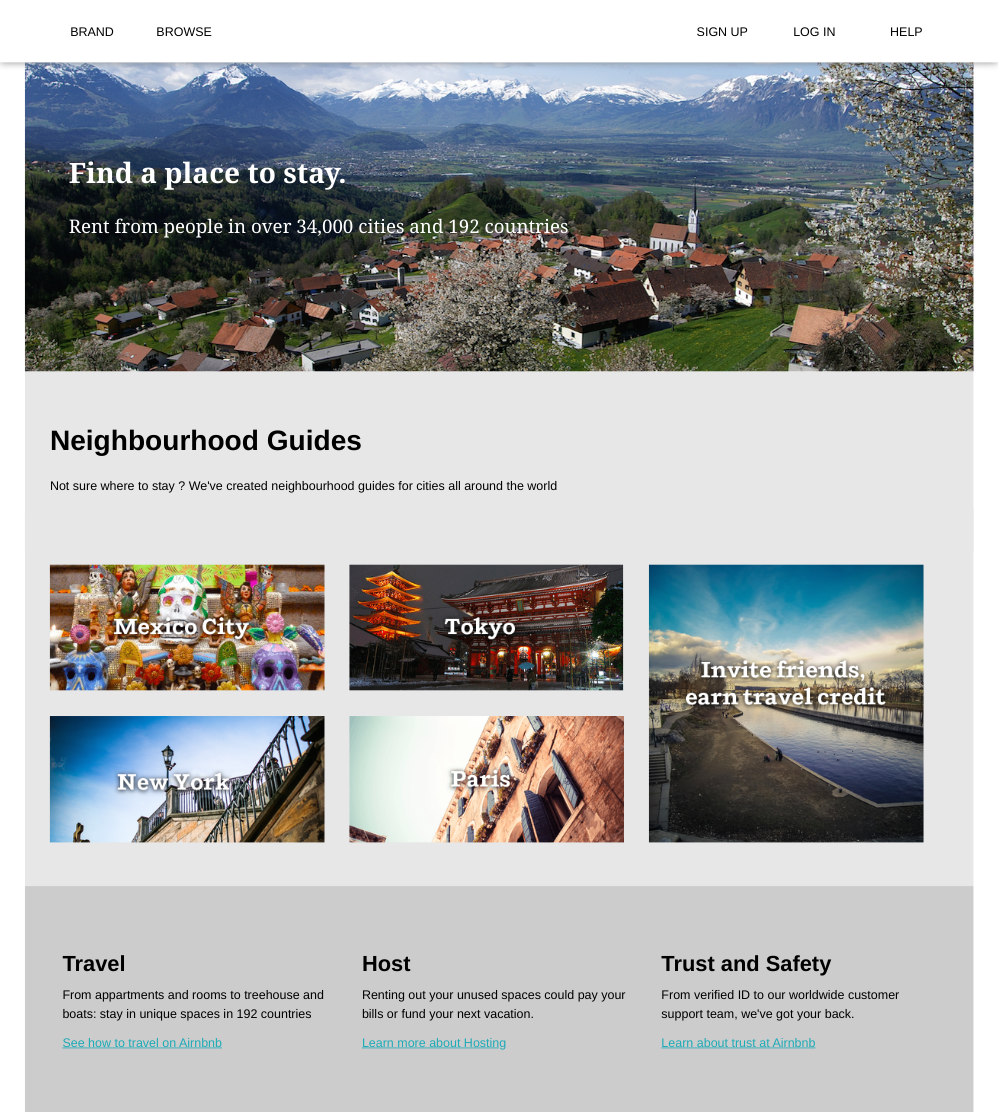
Repository: Naohonproject/web101x02-asm3
Page: Project3.html
An editor plug-in stored every save of this project. The page is shown before and after a run of saves, followed by the edit.
The browser window is 1280 px wide. The pictures show the whole page, at 78% of full size.

Above is the page before, as saved 2022-01-22 21:23:54.

### Project3.html
<!-- @format -->

<!DOCTYPE html>
<html lang="en">
	<head>
		<meta charset="UTF-8" />
		<meta http-equiv="X-UA-Compatible" content="IE=edge" />
		<meta name="viewport" content="width=device-width, initial-scale=1.0" />
		<link rel="stylesheet" href="./assets/css/general.css" />
		<link rel="stylesheet" href="./assets/css/mobile.css" />
		<link rel="stylesheet" href="/assets/css/tablet.css" />
		<title>Home</title>
		<link rel="stylesheet" href="./assets/css/desktop.css" />
		<link rel="stylesheet" href="/assets/css/landding.css" />
	</head>
	<body id="web-container">
		<header id="header">
			<div class="header-wrapper">
				<div class="nav-bar">
					<div class="left-col">
						<div class="nav-item ml">
							<a href="#">Brand</a>
						</div>

						<div class="nav-item ml">
							<a href="#">Browse</a>
						</div>
					</div>

					<div class="right-col">
						<div class="nav-item ml">
							<a href="Signup.html" target="_blank">Sign Up</a>
						</div>

						<div class="nav-item ml">
							<a href="login.html" target="_blank">Log In</a>
						</div>

						<div class="nav-item ml mr">
							<a href="#" target="_blank">Help</a>
						</div>
					</div>
				</div>
			</div>
		</header>

		<div id="main" class="p-32">
			<div id="banner">
				<div class="banner-wrapper">
					<div class="content-heading">
						<h1 class="bold-text white-text">Find a place to stay.</h1>
					</div>
					<div class="content-desc">
						<p class="white-text">
							Rent from people in over 34,000 cities and 192 countries
						</p>
					</div>
				</div>
			</div>

			<div id="section">
				<div class="section-wrapper">
					<div class="section-heading">
						<h2 class="bold-text">Neighbourhood Guides</h2>
					</div>
					<div class="section-desc">
						<p>
							Not sure where to stay ? We've created neighbourhood guides for
							cities all around the world
						</p>
					</div>
				</div>
			</div>

			<div id="img-list">
				<div class="img-list-wrapper row">
					<div class="image-block col-tablet-6 col-desktop-4">
						<img
							src="./assets/img/web101x-Mexico City.png"
							alt="Mexico City"
							width="360"
						/>
						<img
							src="./assets/img/web101x-New York.png"
							alt="New York City"
							width="360"
						/>
					</div>
					<div class="image-block col-tablet-6 col-desktop-4">
						<img
							src="./assets/img/web101x-Tokyo.png"
							alt="Tokyo City"
							width="360"
						/>
						<img
							src="./assets/img/web101x-Paris.png"
							alt="Paris City"
							width="360"
						/>
					</div>
					<div class="image-block col-tablet-6 col-desktop-4">
						<img
							src="./assets/img/web101x-Invitation.png"
							alt="Invitation image"
							width="360"
						/>
					</div>
				</div>
			</div>
		</div>

		<footer id="footer" class="p-32">
			<div class="footer-wrapper row">
				<div class="footer-block col-desktop-4">
					<h3 class="bold-text">Travel</h3>
					<p>
						From appartments and rooms to treehouse and boats: stay in unique
						spaces in 192 countries
					</p>
					<a href="#">See how to travel on Airnbnb</a>
				</div>

				<div class="footer-block col-desktop-4">
					<h3 class="bold-text">Host</h3>
					<p>
						Renting out your unused spaces could pay your bills or fund your
						next vacation.
					</p>
					<a href="#">Learn more about Hosting</a>
				</div>

				<div class="footer-block col-desktop-4">
					<h3 class="bold-text">Trust and Safety</h3>
					<p>
						From verified ID to our worldwide customer support team, we've got
						your back.
					</p>
					<a href="#">Learn about trust at Airnbnb</a>
				</div>
			</div>
		</footer>
	</body>
</html>

### assets/css/general.css
/**
 *
 * @format
 */

/* take a step to reset all the element in the webpage to be able to control the size of the all boxes*/

*,
::before,
::after {
	padding: 0;
	margin: 0;
	box-sizing: border-box;
	list-style-type: none;
	text-decoration: none;
	color: #000;
}

/* set common properties of the webpage */
html {
	font-family: "Helvetica Neue", Helvetica, Arial;
	scroll-behavior: smooth;
	overflow: scroll;
}

/* to set color and make all anchor elements to be uppercase*/
.nav-bar a {
	color: #fff;
	text-transform: uppercase;
}

/* to set how the images in the page to be shaked when user's cursor hover over it*/

img:hover {
	animation: shake 0.8s;
	animation-iteration-count: infinite;
}

/* define rule for animation, it's called "shake" animation*/
@keyframes shake {
	0% {
		transform: translate(1px, 1px) rotate(0deg);
	}
	10% {
		transform: translate(-1px, -2px) rotate(-1deg);
	}
	20% {
		transform: translate(-3px, 0px) rotate(1deg);
	}
	30% {
		transform: translate(3px, 2px) rotate(0deg);
	}
	40% {
		transform: translate(1px, -1px) rotate(1deg);
	}
	50% {
		transform: translate(-1px, 2px) rotate(-1deg);
	}
	60% {
		transform: translate(-3px, 1px) rotate(0deg);
	}
	70% {
		transform: translate(3px, 1px) rotate(-1deg);
	}
	80% {
		transform: translate(-1px, -1px) rotate(1deg);
	}
	90% {
		transform: translate(1px, 2px) rotate(0deg);
	}
	100% {
		transform: translate(1px, -2px) rotate(-1deg);
	}
}

/* to set the big and bold text */
.bold-text {
	font-size: 36px;
	font-weight: bold;
}

### assets/css/mobile.css
/** @format */

/* =====Flow the rule: Mobile first */

/* ======start to make web stite with moblile interface */

/* margin left 10 */
.ml {
	margin-left: 10px;
}
/* margin right 10 */
.mr {
	margin-right: 10px;
}

/* defiding the row , that will contains the collunms that will divide the layout into the number of box, flex-direction is used to set the direction of the children to be flexed,flex-wrap tells browser how to react when not enough space to set children in one line*/
.row {
	display: flex;
	flex-direction: row;
	flex-wrap: wrap;
}

/* to set the default children as 100% of parent's width  */
.row > * {
	width: 100%;
	max-width: 100%;
	flex-shrink: 0;
}

/* =====set the mobile grid collunm */
.col-1 {
	width: 8.33%;
}
.col-2 {
	width: 16.66%;
}
.col-3 {
	width: 25%;
}
.col-4 {
	width: 33.33%;
}
.col-5 {
	width: 41.66%;
}
.col-6 {
	width: 50%;
}
.col-7 {
	width: 58.33%;
}
.col-8 {
	width: 66.66%;
}
.col-9 {
	width: 75%;
}
.col-10 {
	width: 83.33%;
}
.col-11 {
	width: 91.66%;
}
.col-12 {
	width: 100%;
}

/* styling header's website that fixed the header on the top of the page, and upper of every layer in the page */
#header {
	width: 100%;
	height: 80px;
	background-color: #60646d;
	background-clip: border-box;
	position: fixed;
	left: 0;
	top: 0;
	z-index: 1;
}

/* styling navigation for the page */
.nav-bar {
	display: flex;
	flex-direction: row;
	flex-wrap: no-wrap;
	align-items: center;
	justify-content: space-evenly;
	padding: 0 20px;
}

/* styling and add the animation for each note in navigation bar */

#header .nav-item {
	width: 80px;
	height: 80px;
	padding: 32px 0;
	text-align: center;
	transition: all 1s;
}

/* defining how the each of navigation item how to react when user's cursor hover over */
#header .nav-item:hover {
	background-color: #f7e999;
	cursor: pointer;
	transform: scale(1.1);
}

/* to define position of navigation's group , this is left group , that has 2 chirdren so, it will grow in 2/5 of available sapce in navigation bar* */
.left-col {
	display: flex;
	flex: 2;
	flex-direction: row;
	justify-content: space-around;
	align-items: center;
}

/* to define position of navigation's group , this is right group, that has 3 chirdren so, it will grow in 3/5 of available sapce in navigation bar*/
.right-col {
	display: flex;
	flex: 3;
	flex-direction: row;
	justify-content: space-around;
	align-items: center;
}

/* because header position is set to fixed ,so that it's floating out of the nomal flow of webpage,then the next one will takes place.We needs to set margin top for the next one(main) to pull them down a distance equal to the height of header to avoid header overlaps it. */

#main {
	margin-top: 80px;
}

/* to set the negative space for the content of the website*/
#main,
#footer {
	padding: 32px;
}

/* styling the banner and set it's position to relative to then be able to set it's children to absolute position*/
#banner {
	width: 100%;
	background-color: #fff;
	color: #000;
	position: relative;
	top: 0;
	left: 0;
}

/* use attribute selector to style the element, this code will take all the element whose owns the class with the content inside of "" within */

div[class*="-heading"] {
	padding-top: 36px;
}

div[class*="-desc"] {
	margin-top: 16px;
}

/* to set margin top for section div to be 42px */
#section {
	margin-top: 42px;
}

#img-list {
	width: 100%;
}

.img-list-wrapper {
	padding: 24px 0;
	margin: 0 auto;
}

/* to set width for all image inside of div with id = "img-list, by default images not fit to their parent's width*/
#img-list img {
	width: 100%;
	margin-top: 56px;
}

/* to define padding for each of footer block*/
.footer-block {
	padding: 24px 0;
}

/* to set padding for all the element that is children of footer block*/

.footer-block > * {
	padding: 16px 0;
}

/* to set the anchor element inside of footer to have color and underline */
#footer a {
	color: #2cc990;
	text-decoration: underline;
}

### assets/css/tablet.css
/**
 * /* ========responsive for tablet==============
 *
 * @format
 */

@media screen and (min-width: 768px) {
	#header {
		background-color: #60646d;
	}

	.nav-bar {
		padding: 0 28px;
	}

	#header .nav-item {
		width: 80px;
		transition: all 1s;
	}

	#header .nav-item:hover {
		background-color: #27ae60;
		cursor: pointer;
		transform: scale(1.1);
	}

	.left-col {
		justify-content: flex-start;
	}

	.right-col {
		justify-content: flex-end;
	}

	.ml {
		margin-left: 14px;
	}

	.mr {
		margin-right: 14px;
	}

	.img-list-wrapper {
		margin: 0 -24px;
	}

	.col-tablet-1 {
		width: 8.33%;
	}
	.col-tablet-2 {
		width: 16.66%;
	}
	.col-tablet-3 {
		width: 25%;
	}
	.col-tablet-4 {
		width: 33.33%;
	}
	.col-tablet-5 {
		width: 41.66%;
	}
	.col-tablet-6 {
		width: 50%;
		padding: 0 24px;
	}
	.col-tablet-7 {
		width: 58.33%;
	}
	.col-tablet-8 {
		width: 66.66%;
	}
	.col-tablet-9 {
		width: 75%;
	}
	.col-tablet-10 {
		width: 83.33%;
	}
	.col-tablet-11 {
		width: 91.66%;
	}
	.col-tablet-12 {
		width: 100%;
	}

	#footer p {
		padding-top: 0;
	}

	#main {
		padding-bottom: 0;
	}

	#footer {
		padding-top: 0;
		padding-bottom: 0;
	}

	.footer-block {
		margin-top: 32px;
	}

	#banner {
		border-bottom: 1px solid #d4d4d4;
	}

	div[class*="-desc"] {
		padding-bottom: 32px;
	}

	#img-list {
		margin-top: -56px;
	}
}

### assets/css/desktop.css

/* ========responsive for desktop */

@media screen and (min-width: 992px) {
	#header {
		background-color: #fff;
		box-shadow: 0 0 10px gray;
	}

	#header .nav-item {
		width: 100px;
		transition: all 1s;
	}

	#header .nav-item:hover {
		background-color: #282830;
		cursor: pointer;
		transform: scale(1.1);
	}

	#header .nav-item:hover a {
		color: #fff;
	}

	.nav-bar {
		padding: 0 50px;
	}

	.left-col {
		justify-content: flex-start;
	}

	.right-col {
		justify-content: flex-end;
	}

	.ml {
		margin-left: 18px;
	}

	.mr {
		margin-right: 18px;
	}

	.nav-bar a {
		color: #000;
	}

	.col-desktop-1 {
		width: 8.33%;
	}
	.col-desktop-2 {
		width: 16.66%;
	}
	.col-desktop-3 {
		width: 25%;
	}
	.col-desktop-4 {
		width: 33.33%;
		padding: 0 16px;
	}
	.col-desktop-5 {
		width: 41.66%;
	}
	.col-desktop-6 {
		width: 50%;
	}
	.col-desktop-7 {
		width: 58.33%;
	}
	.col-desktop-8 {
		width: 66.66%;
	}
	.col-desktop-9 {
		width: 75%;
	}
	.col-desktop-10 {
		width: 83.33%;
	}
	.col-desktop-11 {
		width: 91.66%;
	}
	.col-desktop-12 {
		width: 100%;
	}

	#main {
		margin-top: -32px;
	}

	#banner {
		padding-top: 39.123607%;
		background: url(../img/banner/banner.png) top center / cover no-repeat;
		background-origin: border-box;
		border: none;
	}

	.banner-wrapper {
		position: absolute;
		top: 160px;
		left: 56px;
	}

	#banner > * {
		font-family: Georgia, "Times New Roman", Times, serif;
	}

	#banner .content-heading {
		font-size: 28px;
	}

	#banner .content-desc {
		font-size: 24px;
	}

	.white-text {
		color: #fff;
	}

	#section,
	#img-list {
		background-color: #e7e7e7;
		background-clip: border-box;
	}

	#section {
		margin-top: 0;
	}

	#img-list .img-list-wrapper {
		margin-left: -16px;
		margin-right: -16px;
		display: flex;
		width: 100%;
		height: auto;
		align-items: stretch;
	}

	.image-block {
		display: flex;
		flex-direction: column;
		justify-content: space-between;
	}

	#img-list img {
		width: 100%;
		margin-top: 16px;
	}

	#section,
	#img-list {
		padding: 32px;
		height: auto;
	}

	.footer-wrapper {
		padding: 40px 32px 80px 32px;
		background-color: #ccc;
	}

	#footer h3 {
		font-size: 28px;
	}

	#footer h3,
	p,
	a {
		padding: 12px 0px;
	}

	#footer p {
		line-height: 24px;
	}
	#footer a {
		color: #1dabb8;
	}
}

### assets/css/landding.css
/** @format */

.container {
	background-color: #f0f2f5;
	height: 100vh;
	margin: 0;
}
.form-wrapper {
	width: 500px;
	margin: 0 auto;
	text-align: center;
	position: relative;
	top: 200px;
	background-color: #f6f7f2;
	border-radius: 8px;
	padding: 10px 0px 24px;
}

.form .logo {
	padding: 20px 40px;
	margin-bottom: 16px;
}
.form .input {
	padding: 8px 24px;
	margin-bottom: 24px;
}

.form .user-input {
	padding: 18px 72px;
}

.form .user-input label {
	display: inline-block;
	float: left;
}

.form .user-input input {
	display: inline-block;
	float: right;
}

.btn-block .btn {
	padding: 5px 0;
	margin-bottom: 8px;
	position: relative;
}

.btn-block .btn button {
	font-size: 20px;
	display: inline-block;
	width: 400px;
	height: 36px;
	background-color: #1877f2;
	border-radius: 8px;
	border: solid 1px #ccc;
}

.btn-block a {
	font-size: 12px;
}

.btn-block .forgotten {
	margin-bottom: 40px;
	border-bottom: 1px solid #ccc;
	padding-bottom: 16px;
}

.btn-block .Create-acc {
	background-color: #92f22a;
	background-clip: padding-box;
	padding: 10px 56px;
	border-radius: 8px;
	margin-bottom: 40px;
}

After the next 2 saves:
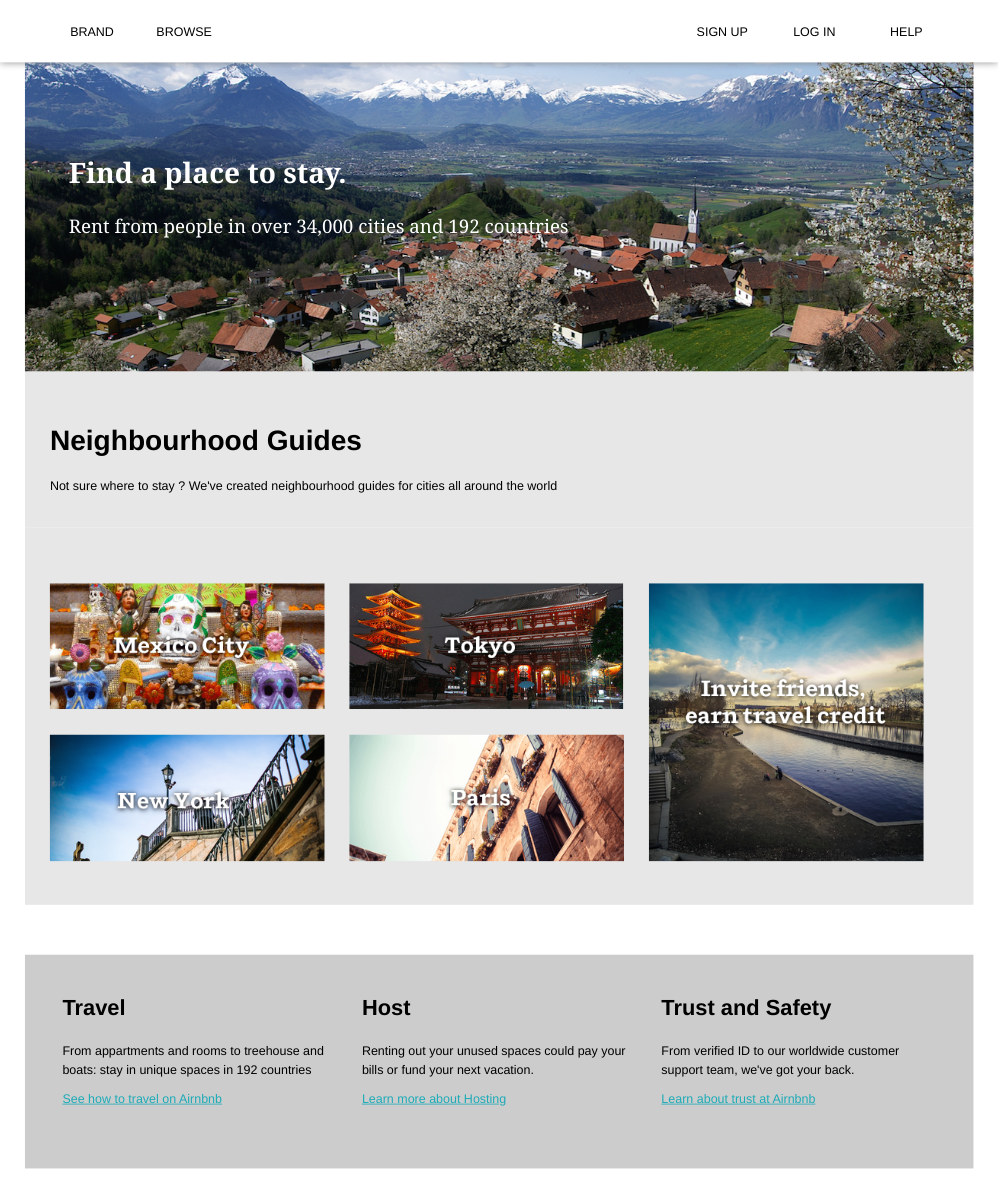
The 2 saves are shown as one change because they came seconds apart.
The last was saved 25 s later.
--- a/assets/css/tablet.css
+++ b/assets/css/tablet.css
@@ -1,10 +1,16 @@
 /**
- * /* ========responsive for tablet==============
+ * /*
  *
  * @format
  */
 
-@media screen and (min-width: 768px) {
+========responsive
+	for
+	tablet==============
+	@media
+	screen
+	and
+	(min-width: 768px) {
 	#header {
 		background-color: #60646d;
 	}

After the save that followed:
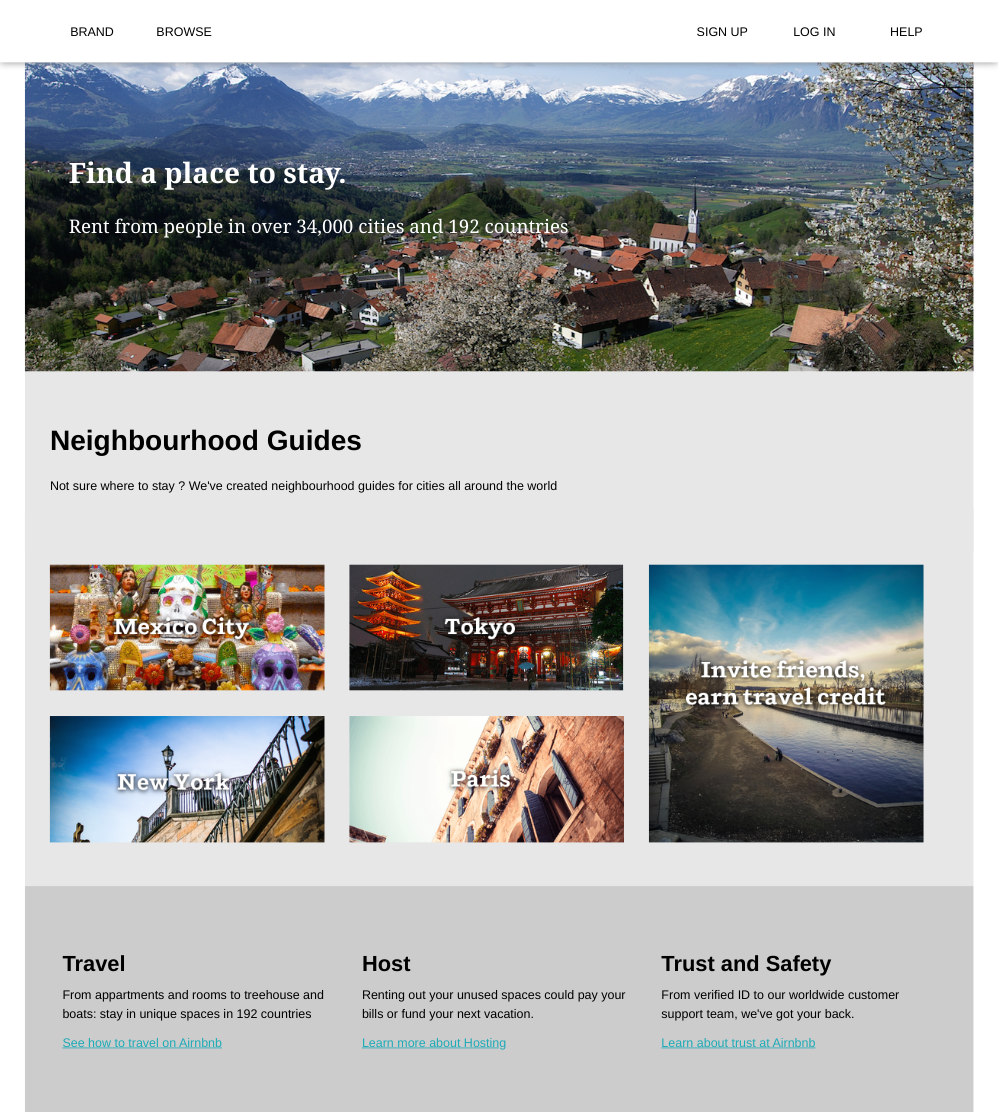
Saved 30 s later.
--- a/assets/css/tablet.css
+++ b/assets/css/tablet.css
@@ -4,13 +4,9 @@
  * @format
  */
 
-========responsive
-	for
-	tablet==============
-	@media
-	screen
-	and
-	(min-width: 768px) {
+/* ========responsive for tablet============== */
+
+@media screen and (min-width: 768px) {
 	#header {
 		background-color: #60646d;
 	}
